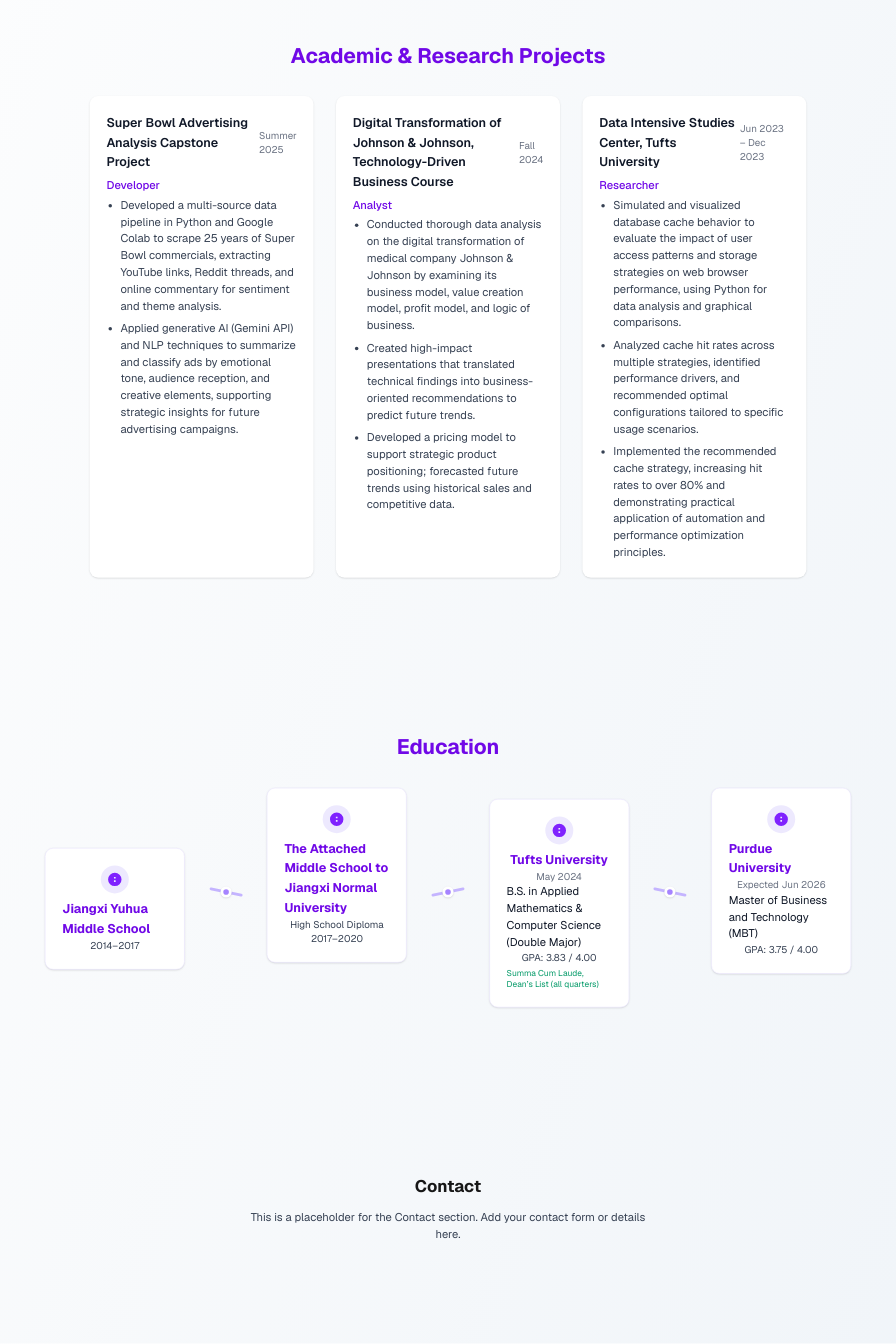
Repository: winniewyl/personal-portfolio
Page: /
The author's editor kept a copy of each file at every save. The page is drawn from the files as they stood at one save, then again after the next save.
The browser window is 1280 px wide. The pictures show the part of the page from y = 1875 to 3795 px (the page is 3795 px tall), at 70% of full size.
The project was rebuilt for these pictures with package versions that can differ from the ones it lists, and the page was loaded fresh each time. The framework's server and built-in components were replaced by stand-ins that run in the browser. Also part of the build but not shown: next.config.ts.

Above is the page before, as saved 2025-07-22 12:00:17.

### src/app/page.tsx
import Hero from '../components/Hero';
import About from '../components/About';
import Projects from '../components/Projects';
import Contact from '../components/Contact';

const experienceData = [
  {
    org: 'Data Intensive Studies Center, Tufts University',
    title: 'Data Analyst Intern & Co-Author',
    date: 'Jun 2023 – Dec 2023',
    highlights: [
      'Developed a custom Drupal-based content management site to present visualizations and insights from research on AI/ML ethics, integrating cross-functional feedback and automation techniques to enhance visibility.',
      'Co-led the development of an open-source AI Ethics tool using GitBook, contributing to interface design, stakeholder engagement, and survey analysis in the context of autonomous vehicle applications.',
      'Co-authored The Third Moment of AI Ethics, published on arXiv: https://arxiv.org/abs/2501.16954.',
    ],
  },
];

const projectData = [
  {
    title: 'Super Bowl Advertising Analysis Capstone Project',
    role: 'Developer',
    date: 'Summer 2025',
    highlights: [
      'Developed a multi-source data pipeline in Python and Google Colab to scrape 25 years of Super Bowl commercials, extracting YouTube links, Reddit threads, and online commentary for sentiment and theme analysis.',
      'Applied generative AI (Gemini API) and NLP techniques to summarize and classify ads by emotional tone, audience reception, and creative elements, supporting strategic insights for future advertising campaigns.',
    ],
  },
  {
    title:
      'Digital Transformation of Johnson & Johnson, Technology-Driven Business Course',
    role: 'Analyst',
    date: 'Fall 2024',
    highlights: [
      'Conducted thorough data analysis on the digital transformation of medical company Johnson & Johnson by examining its business model, value creation model, profit model, and logic of business.',
      'Created high-impact presentations that translated technical findings into business-oriented recommendations to predict future trends.',
      'Developed a pricing model to support strategic product positioning; forecasted future trends using historical sales and competitive data.',
    ],
  },
  {
    title: 'Data Intensive Studies Center, Tufts University',
    role: 'Researcher',
    date: 'Jun 2023 – Dec 2023',
    highlights: [
      'Simulated and visualized database cache behavior to evaluate the impact of user access patterns and storage strategies on web browser performance, using Python for data analysis and graphical comparisons.',
      'Analyzed cache hit rates across multiple strategies, identified performance drivers, and recommended optimal configurations tailored to specific usage scenarios.',
      'Implemented the recommended cache strategy, increasing hit rates to over 80% and demonstrating practical application of automation and performance optimization principles.',
    ],
  },
];

export default function Home() {
  return (
    <div className="font-sans min-h-screen flex flex-col bg-gradient-to-br from-white via-slate-50 to-slate-100 dark:from-[#18181c] dark:via-[#1a1a22] dark:to-[#101014]">
      {/* Navbar */}
      <nav className="w-full flex items-center justify-between py-6 px-8 border-b border-gray-100 dark:border-gray-800 bg-white/80 dark:bg-[#101010]/80 backdrop-blur z-10 sticky top-0">
        <div className="text-2xl font-extrabold text-violet-600 tracking-tight">
          WW
        </div>
        <ul className="flex gap-8 text-base font-medium text-gray-900 dark:text-white">
          <li>
            <a
              href="#about"
              className="hover:text-violet-600 transition-colors"
            >
              About
            </a>
          </li>
          <li>
            <a
              href="#experience"
              className="hover:text-violet-600 transition-colors"
            >
              Experience
            </a>
          </li>
          <li>
            <a
              href="#projects"
              className="hover:text-violet-600 transition-colors"
            >
              Projects
            </a>
          </li>
          <li>
            <a
              href="#education"
              className="hover:text-violet-600 transition-colors"
            >
              Education
            </a>
          </li>
          <li>
            <a
              href="#contact"
              className="hover:text-violet-600 transition-colors"
            >
              Contact
            </a>
          </li>
        </ul>
      </nav>
      {/* Main Content */}
      <main className="flex-1 w-full flex flex-col items-center px-4 sm:px-0">
        <section className="w-full flex flex-col items-center justify-center py-20 sm:py-28 bg-transparent">
          <Hero name="Winnie Wang" role="AI Product Analyst" />
        </section>
        <section
          id="about"
          className="w-full flex flex-col items-center py-20 sm:py-28 max-w-5xl mx-auto scroll-mt-24"
        >
          <About />
        </section>
        {/* Experience Section */}
        <section
          id="experience"
          className="w-full flex flex-col items-center py-20 sm:py-28 max-w-5xl mx-auto scroll-mt-24"
        >
          <h2 className="text-3xl font-bold mb-10 text-violet-700 dark:text-violet-400">
            Internship & Professional Experience
          </h2>
          <ol className="relative border-l-2 border-violet-200 dark:border-violet-700">
            {experienceData.map((exp, idx) => (
              <li key={exp.title} className="mb-12 ml-6">
                <span className="absolute flex items-center justify-center w-8 h-8 bg-violet-100 rounded-full -left-4 ring-4 ring-white dark:ring-[#18181c]">
                  <svg
                    className="w-5 h-5 text-violet-600"
                    fill="currentColor"
                    viewBox="0 0 20 20"
                  >
                    <path d="M10 2a8 8 0 100 16 8 8 0 000-16zm1 11H9v-2h2v2zm0-4H9V7h2v2z" />
                  </svg>
                </span>
                <div className="bg-white dark:bg-[#232336] rounded-xl shadow p-6">
                  <div className="flex flex-col sm:flex-row sm:items-center sm:justify-between mb-2">
                    <span className="font-semibold text-lg text-gray-900 dark:text-white">
                      {exp.title}
                    </span>
                    <span className="text-sm text-gray-500 dark:text-gray-400">
                      {exp.date}
                    </span>
                  </div>
                  <div className="text-md font-medium text-violet-700 dark:text-violet-300 mb-1">
                    {exp.org}
                  </div>
                  <ul className="list-disc pl-5 space-y-2 text-gray-700 dark:text-gray-300">
                    {exp.highlights.map((h, i) => (
                      <li key={i}>{h}</li>
                    ))}
                  </ul>
                </div>
              </li>
            ))}
          </ol>
        </section>
        {/* Projects Section */}
        <section
          id="projects"
          className="w-full flex flex-col items-center py-20 sm:py-28 max-w-5xl mx-auto scroll-mt-24"
        >
          <h2 className="text-3xl font-bold mb-10 text-violet-700 dark:text-violet-400">
            Academic & Research Projects
          </h2>
          <div className="grid grid-cols-1 md:grid-cols-3 gap-8 w-full">
            {projectData.map((proj, idx) => (
              <div
                key={proj.title}
                className="bg-white dark:bg-[#232336] rounded-xl shadow p-6 flex flex-col"
              >
                <div className="flex flex-col sm:flex-row sm:items-center sm:justify-between mb-2">
                  <span className="font-semibold text-lg text-gray-900 dark:text-white">
                    {proj.title}
                  </span>
                  <span className="text-sm text-gray-500 dark:text-gray-400">
                    {proj.date}
                  </span>
                </div>
                <div className="text-md font-medium text-violet-700 dark:text-violet-300 mb-1">
                  {proj.role}
                </div>
                <ul className="list-disc pl-5 space-y-2 text-gray-700 dark:text-gray-300">
                  {proj.highlights.map((h, i) => (
                    <li key={i}>{h}</li>
                  ))}
                </ul>
              </div>
            ))}
          </div>
        </section>
        <section
          id="education"
          className="w-full flex flex-col items-center py-20 sm:py-28 max-w-5xl mx-auto scroll-mt-24"
        >
          <h2 className="text-3xl font-bold mb-10 text-violet-700 dark:text-violet-400">
            Education
          </h2>
          <div className="w-full flex flex-col md:flex-row items-center justify-center relative">
            {/* Middle School */}
            <div className="flex flex-col items-center md:w-1/4 px-2 md:px-4 z-10 md:translate-y-6">
              <div className="flex flex-col items-center bg-white dark:bg-[#232336] rounded-xl shadow p-6 min-w-[200px] max-w-xs border border-violet-100 dark:border-violet-700">
                <span className="flex items-center justify-center w-10 h-10 bg-violet-100 rounded-full mb-2">
                  <svg
                    className="w-6 h-6 text-violet-600"
                    fill="currentColor"
                    viewBox="0 0 20 20"
                  >
                    <path d="M10 2a8 8 0 100 16 8 8 0 000-16zm1 11H9v-2h2v2zm0-4H9V7h2v2z" />
                  </svg>
                </span>
                <span className="font-bold text-lg text-violet-700">
                  Jiangxi Yuhua Middle School
                </span>
                <span className="text-sm text-gray-700 dark:text-gray-300">
                  2014–2017
                </span>
              </div>
            </div>
            {/* Connector */}
            <div className="hidden md:block w-1/12 flex-shrink-0 relative h-32">
              <div className="absolute left-1/2 top-1/2 w-12 h-1 bg-violet-300 dark:bg-violet-700 transform -translate-x-1/2 -translate-y-1/2 rotate-12 rounded-full"></div>
              <div className="absolute left-1/2 top-1/2 w-4 h-4 bg-violet-400 dark:bg-violet-600 rounded-full border-4 border-white dark:border-[#18181c] shadow -translate-x-1/2 -translate-y-1/2"></div>
            </div>
            {/* High School */}
            <div className="flex flex-col items-center md:w-1/4 px-2 md:px-4 z-10 md:-translate-y-6">
              <div className="flex flex-col items-center bg-white dark:bg-[#232336] rounded-xl shadow p-6 min-w-[200px] max-w-xs border border-violet-100 dark:border-violet-700">
                <span className="flex items-center justify-center w-10 h-10 bg-violet-100 rounded-full mb-2">
                  <svg
                    className="w-6 h-6 text-violet-600"
                    fill="currentColor"
                    viewBox="0 0 20 20"
                  >
                    <path d="M10 2a8 8 0 100 16 8 8 0 000-16zm1 11H9v-2h2v2zm0-4H9V7h2v2z" />
                  </svg>
                </span>
                <span className="font-bold text-lg text-violet-700">
                  The Attached Middle School to Jiangxi Normal University
                </span>
                <span className="text-sm text-gray-700 dark:text-gray-300">
                  High School Diploma
                </span>
                <span className="text-sm text-gray-700 dark:text-gray-300">
                  2017–2020
                </span>
              </div>
            </div>
            {/* Connector */}
            <div className="hidden md:block w-1/12 flex-shrink-0 relative h-32">
              <div className="absolute left-1/2 top-1/2 w-12 h-1 bg-violet-300 dark:bg-violet-700 transform -translate-x-1/2 -translate-y-1/2 -rotate-12 rounded-full"></div>
              <div className="absolute left-1/2 top-1/2 w-4 h-4 bg-violet-400 dark:bg-violet-600 rounded-full border-4 border-white dark:border-[#18181c] shadow -translate-x-1/2 -translate-y-1/2"></div>
            </div>
            {/* Tufts University */}
            <div className="flex flex-col items-center md:w-1/4 px-2 md:px-4 z-10 md:translate-y-4">
              <div className="flex flex-col items-center bg-white dark:bg-[#232336] rounded-xl shadow p-6 min-w-[200px] max-w-xs border border-violet-100 dark:border-violet-700">
                <span className="flex items-center justify-center w-10 h-10 bg-violet-100 rounded-full mb-2">
                  <svg
                    className="w-6 h-6 text-violet-600"
                    fill="currentColor"
                    viewBox="0 0 20 20"
                  >
                    <path d="M10 2a8 8 0 100 16 8 8 0 000-16zm1 11H9v-2h2v2zm0-4H9V7h2v2z" />
                  </svg>
                </span>
                <span className="font-bold text-lg text-violet-700">
                  Tufts University
                </span>
                <span className="text-sm text-gray-500 dark:text-gray-400">
                  May 2024
                </span>
                <span className="text-gray-900 dark:text-white">
                  B.S. in Applied Mathematics & Computer Science (Double Major)
                </span>
                <span className="text-sm text-gray-700 dark:text-gray-300">
                  GPA: 3.83 / 4.00
                </span>
                <span className="text-xs text-emerald-600 mt-1">
                  Summa Cum Laude, Dean’s List (all quarters)
                </span>
              </div>
            </div>
            {/* Connector */}
            <div className="hidden md:block w-1/12 flex-shrink-0 relative h-32">
              <div className="absolute left-1/2 top-1/2 w-12 h-1 bg-violet-300 dark:bg-violet-700 transform -translate-x-1/2 -translate-y-1/2 rotate-12 rounded-full"></div>
              <div className="absolute left-1/2 top-1/2 w-4 h-4 bg-violet-400 dark:bg-violet-600 rounded-full border-4 border-white dark:border-[#18181c] shadow -translate-x-1/2 -translate-y-1/2"></div>
            </div>
            {/* Purdue University */}
            <div className="flex flex-col items-center md:w-1/4 px-2 md:px-4 z-10 md:-translate-y-4">
              <div className="flex flex-col items-center bg-white dark:bg-[#232336] rounded-xl shadow p-6 min-w-[200px] max-w-xs border border-violet-100 dark:border-violet-700">
                <span className="flex items-center justify-center w-10 h-10 bg-violet-100 rounded-full mb-2">
                  <svg
                    className="w-6 h-6 text-violet-600"
                    fill="currentColor"
                    viewBox="0 0 20 20"
                  >
                    <path d="M10 2a8 8 0 100 16 8 8 0 000-16zm1 11H9v-2h2v2zm0-4H9V7h2v2z" />
                  </svg>
                </span>
                <span className="font-bold text-lg text-violet-700">
                  Purdue University
                </span>
                <span className="text-sm text-gray-500 dark:text-gray-400">
                  Expected Jun 2026
                </span>
                <span className="text-gray-900 dark:text-white">
                  Master of Business and Technology (MBT)
                </span>
                <span className="text-sm text-gray-700 dark:text-gray-300">
                  GPA: 3.75 / 4.00
                </span>
              </div>
            </div>
          </div>
        </section>
        <section
          id="contact"
          className="w-full flex flex-col items-center py-20 sm:py-28 max-w-5xl mx-auto scroll-mt-24"
        >
          <Contact />
        </section>
      </main>
    </div>
  );
}

### src/components/Hero.tsx
import React from 'react';

interface HeroProps {
  name: string;
  role: string;
}

const Hero: React.FC<HeroProps> = ({ name, role }) => (
  <section className="flex flex-col items-center justify-center gap-4 py-8 w-full">
    <h1 className="text-4xl sm:text-5xl font-bold text-center">{name}</h1>
    <h2 className="text-xl sm:text-2xl font-medium text-center text-gray-600 dark:text-gray-300">
      {role}
    </h2>
  </section>
);

export default Hero;

### src/components/About.tsx
import React from 'react';

const aboutData = [
  {
    icon: (
      <span className="bg-blue-100 text-blue-600 rounded-xl p-2 mr-2">
        {/* AI Icon */}
        <svg width="32" height="32" fill="none" viewBox="0 0 24 24">
          <path
            fill="currentColor"
            d="M12 2a10 10 0 100 20 10 10 0 000-20zm1 17.93V20a1 1 0 11-2 0v-.07A8.001 8.001 0 014.07 13H4a1 1 0 110-2h.07A8.001 8.001 0 0111 4.07V4a1 1 0 112 0v.07A8.001 8.001 0 0119.93 11H20a1 1 0 110 2h-.07A8.001 8.001 0 0113 19.93z"
          ></path>
        </svg>
      </span>
    ),
    title: 'AI & Machine Learning',
    skills: [
      {
        name: 'Neural Networks',
        desc: 'Deep learning architectures and training',
      },
      {
        name: 'Computer Vision',
        desc: 'Image processing and object detection',
      },
      { name: 'TensorFlow/PyTorch', desc: 'ML framework expertise' },
      { name: 'Model Optimization', desc: 'Performance tuning and deployment' },
    ],
    color: 'blue',
  },
  {
    icon: (
      <span className="bg-fuchsia-100 text-fuchsia-600 rounded-xl p-2 mr-2">
        {/* Full-Stack Icon */}
        <svg width="32" height="32" fill="none" viewBox="0 0 24 24">
          <path
            fill="currentColor"
            d="M12 2a10 10 0 100 20 10 10 0 000-20zm-1 17.93V20a1 1 0 102 0v-.07A8.001 8.001 0 0020 13h.07a1 1 0 100-2H20a8.001 8.001 0 00-7-7.93V4a1 1 0 10-2 0v.07A8.001 8.001 0 004 11H3.93a1 1 0 100 2H4a8.001 8.001 0 007 7.93z"
          ></path>
        </svg>
      </span>
    ),
    title: 'Full-Stack Development',
    skills: [
      { name: 'React.js/Next.js', desc: 'Modern frontend frameworks' },
      { name: 'Python/Flask', desc: 'Backend development and APIs' },
      { name: 'Database Design', desc: 'SQL and data architecture' },
      { name: 'Cloud Deployment', desc: 'Scalable application hosting' },
    ],
    color: 'fuchsia',
  },
  {
    icon: (
      <span className="bg-green-100 text-green-600 rounded-xl p-2 mr-2">
        {/* Data Science Icon */}
        <svg width="32" height="32" fill="none" viewBox="0 0 24 24">
          <circle cx="12" cy="12" r="10" fill="currentColor" opacity=".2" />
          <circle cx="12" cy="12" r="6" fill="currentColor" />
        </svg>
      </span>
    ),
    title: 'Data Science',
    skills: [
      { name: 'Data Analysis', desc: 'Statistical analysis and insights' },
      { name: 'Visualization', desc: 'Interactive charts and dashboards' },
      {
        name: 'Algorithm Design',
        desc: 'Efficient problem-solving approaches',
      },
      { name: 'Research Methods', desc: 'Scientific approach to development' },
    ],
    color: 'green',
  },
];

const About: React.FC = () => (
  <section className="w-full flex flex-col items-center">
    <h2 className="text-4xl font-extrabold text-center mb-4 mt-4 text-gray-900 dark:text-white">
      <span className="inline-block align-middle mr-2 text-blue-500">•</span>
      About Me
    </h2>
    <p className="text-lg text-center text-gray-700 dark:text-gray-300 max-w-2xl mb-12">
      Passionate about the intersection of artificial intelligence and product
      strategy. I build intelligent solutions that drive business value and user
      engagement.
    </p>
    <div className="w-full max-w-6xl flex flex-col md:flex-row gap-8 justify-center items-stretch">
      {aboutData.map((card, idx) => (
        <div
          key={card.title}
          className="flex-1 bg-white dark:bg-[#18181c] rounded-2xl shadow-md p-8 flex flex-col mb-4 md:mb-0 border border-gray-100 dark:border-gray-800 min-w-[260px] max-w-sm mx-auto"
        >
          <div className="flex items-center mb-4">
            {card.icon}
            <span className={`text-lg font-bold text-gray-900 dark:text-white`}>
              {card.title}
            </span>
          </div>
          <ul className="space-y-3">
            {card.skills.map((skill) => (
              <li key={skill.name} className="flex flex-col">
                <span
                  className={`font-semibold text-${card.color}-700 dark:text-${card.color}-400`}
                >
                  {skill.name}
                </span>
                <span className="text-gray-600 dark:text-gray-400 text-sm">
                  {skill.desc}
                </span>
              </li>
            ))}
          </ul>
        </div>
      ))}
    </div>
  </section>
);

export default About;

### src/components/Contact.tsx
import React from 'react';

const Contact: React.FC = () => (
  <section className="py-8 w-full flex flex-col items-center">
    <h2 className="text-2xl font-bold mb-4">Contact</h2>
    <p className="max-w-xl text-center text-gray-700 dark:text-gray-300">
      This is a placeholder for the Contact section. Add your contact form or
      details here.
    </p>
  </section>
);

export default Contact;

Loaded but not shown: src/app/layout.tsx (common file); src/app/globals.css (common file)

After the next save:
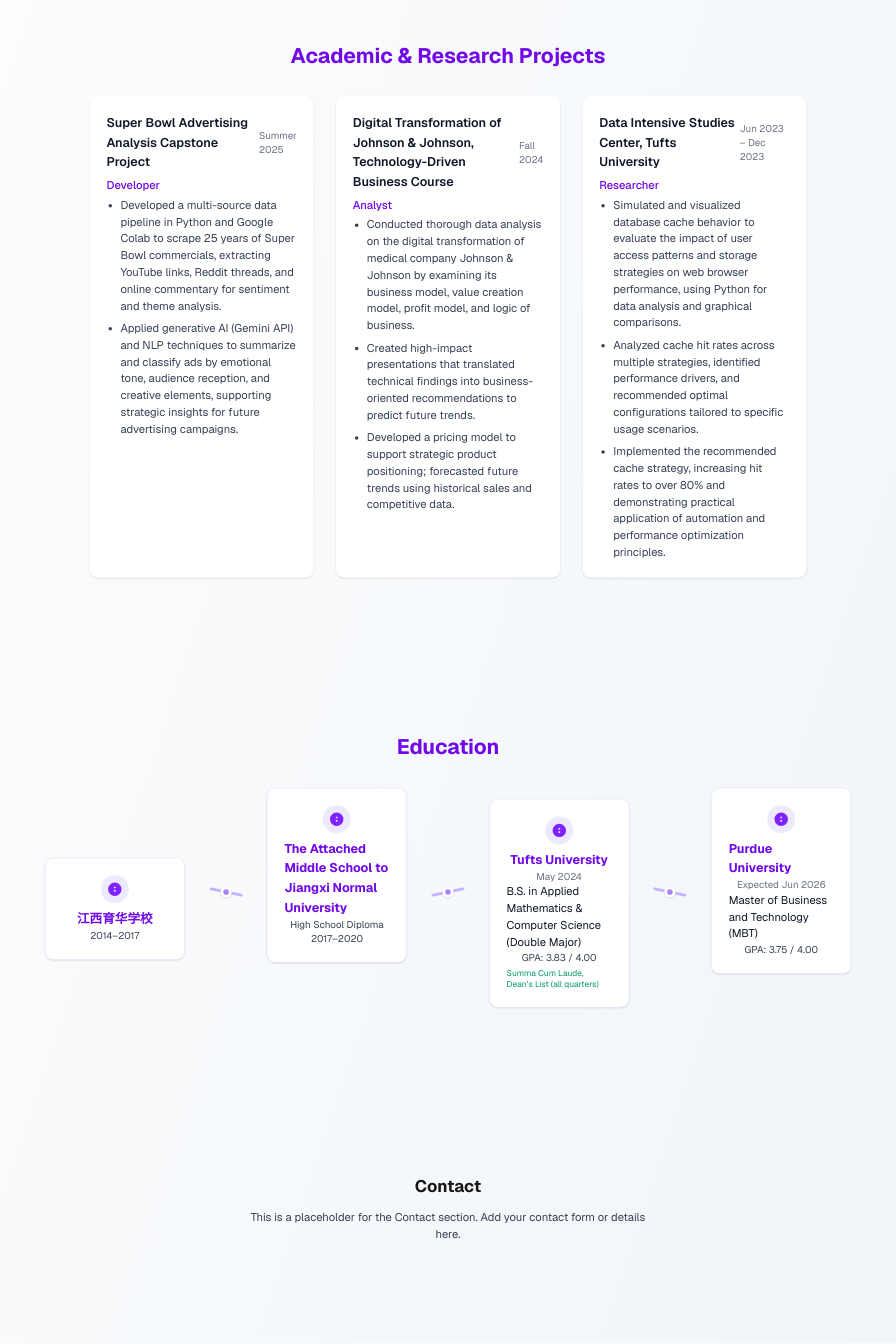
Saved 2 min 50 s later.
--- a/src/app/page.tsx
+++ b/src/app/page.tsx
@@ -208,7 +208,7 @@ export default function Home() {
                   </svg>
                 </span>
                 <span className="font-bold text-lg text-violet-700">
-                  Jiangxi Yuhua Middle School
+                  江西育华学校
                 </span>
                 <span className="text-sm text-gray-700 dark:text-gray-300">
                   2014–2017
